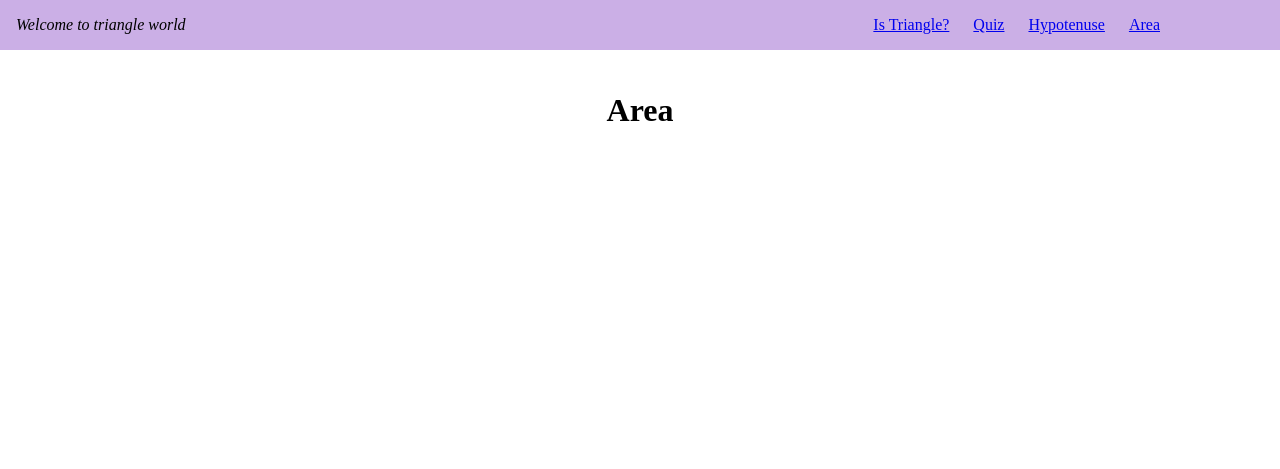
Repository: patelamancode/Fun-with-trianles
Page: area.html
The author's editor kept a copy of each file at every save. The page is drawn from the files as they stood at one save, then again after the next save.
The browser window is 1280 px wide. The pictures show the whole page.

Above is the page before, as saved 2022-11-29 03:11:14.
Console error: TypeError: Cannot read properties of null (reading 'addEventListener')

### area.html
<!DOCTYPE html>
<html lang="en">
<head>
    <meta charset="UTF-8">
    <meta http-equiv="X-UA-Compatible" content="IE=edge">
    <meta name="viewport" content="width=device-width, initial-scale=1.0">
    <link rel="stylesheet" href="index.css">
    <title>Area of triangle</title>
</head>
<body>
    <nav id="navbar">
        <p id="nav-title">Welcome to triangle world</p>
        <div id="nav-links">
            <a href="index.html" id="Is-triangle">Is Triangle?</a>
            <a href="quiz.html" id="Is-triangle">Quiz</a>
            <a href="hypotenuse.html" id="hypo">Hypotenuse</a>
            <a href="area.html" id="area">Area</a>
        </div>
    </nav>
    <div id="main-container">
        <h1>Area</h1>
    </div>
    <script src="index.js"></script>
</body>
</html>

### index.css
* {
  margin: 0;
  padding: 0;
}

#navbar {
  background-color: rgba(143, 82, 201, 0.459);
  display: flex;
  flex-direction: row;
  justify-content: space-between;
  padding: 1rem;
}
#nav-title {
  font-style: italic;
  font-weight: 300;
  font-size: medium;
}
#nav-links {
  display: flex;
  flex-direction: row;
  justify-content: space-around;
  margin-right: 5rem;
}

#nav-links a {
    display: flex;
    margin-right: 1.5rem;
    cursor: pointer;
}

#main-container {
  display: flex;
  flex-direction: column;
  width: 40vw;
  margin: auto;
  margin-top: 2rem;
  padding: 10px;
  text-align: center;
}

.app-title {
  margin: 2rem 0 0 0;
}

#error-check-for-angles{
  background-color: yellow;
  display: none;
  padding: 0.5rem;
}

label {
  margin-top: 2rem;
  margin-bottom: 0.3rem;
  text-align: left;
  font-family: monospace;
}
input {
  border: 2px solid rgb(134, 55, 207);
  border-radius: 5px;
  padding: 5px;
}

/* For Quiz page */

.question-container{
  display: flex;
  flex-direction: column;
  width: 50vw;
  margin: auto;
  padding: 10px;

}
.question-container p{
  text-align: left;
  margin-top: 2rem;
  padding-bottom: 10px;
}
.question-container .quiz-option{
  margin-top: 5px;
}

/* For Hypotenuse of triangle */


#check-btn, #submit-btn {
  margin: auto;
  text-align: center;
  margin-top: 2rem;
  width: 40%;
  padding: 5px 0px;
  background-color: rgba(143, 82, 201, 0.521);
  border: 1px solid;
  border-radius: 5px;
}
#result-display {
    display: none;
    padding-top: 1rem;
    font-style: italic;
    margin: auto;
  }

### index.js
const angle1 = document.querySelector('#angle1-input');
const angle2 = document.querySelector('#angle2-input');
const angle3 = document.querySelector('#angle3-input');
const button = document.querySelector('#check-btn');
const output = document.querySelector('#result-display');
const errorForInputs = document.querySelector('#error-check-for-angles');

function showOutputMessage(msg){
    output.style.display = "flex";
    output.innerText = msg;
}

function calculateSumOfAngles(input1,input2,input3){
    let sumOfAngles = input1 + input2 + input3;
    if(sumOfAngles === 180){
        showOutputMessage("Yeah..🤗This is a triangle");
    }else showOutputMessage("Please enter some valid inputs to form a triangle 🤪");
}
function isTriangle(){
    let num1 = Number(angle1.value);
    let num2 = Number(angle2.value);
    let num3 = Number(angle3.value);
    if(!num1 || !num2 || !num3){
        showOutputMessage("Please make sure about all inputs as per mention format");
    }else {
        calculateSumOfAngles(num1,num2,num3);
    }
}

button.addEventListener('click', function(){
    isTriangle();
});

After the next save:
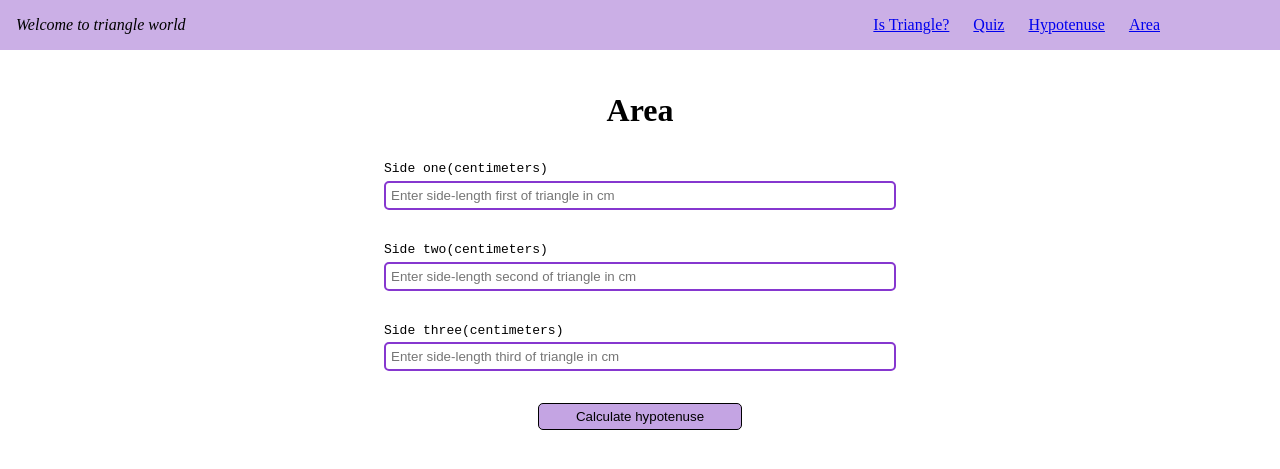
The error is gone.
Saved 10 min 24 s later.
--- a/area.html
+++ b/area.html
@@ -19,6 +19,14 @@
     </nav>
     <div id="main-container">
         <h1>Area</h1>
+        <label for="side-one">Side one(centimeters)</label>
+        <input type="number" id="side-input-one" placeholder="Enter side-length first of triangle in cm" />
+        <label for="side-two">Side two(centimeters)</label>
+        <input type="number" id="side-input-two" placeholder="Enter side-length second of triangle in cm" />
+        <label for="side-three">Side three(centimeters)</label>
+        <input type="number" id="side-input-three" placeholder="Enter side-length third of triangle in cm" />
+        <button id="check-btn">Calculate hypotenuse</button>
+        <h2 id="result-display"></h2>
     </div>
     <script src="index.js"></script>
 </body>
